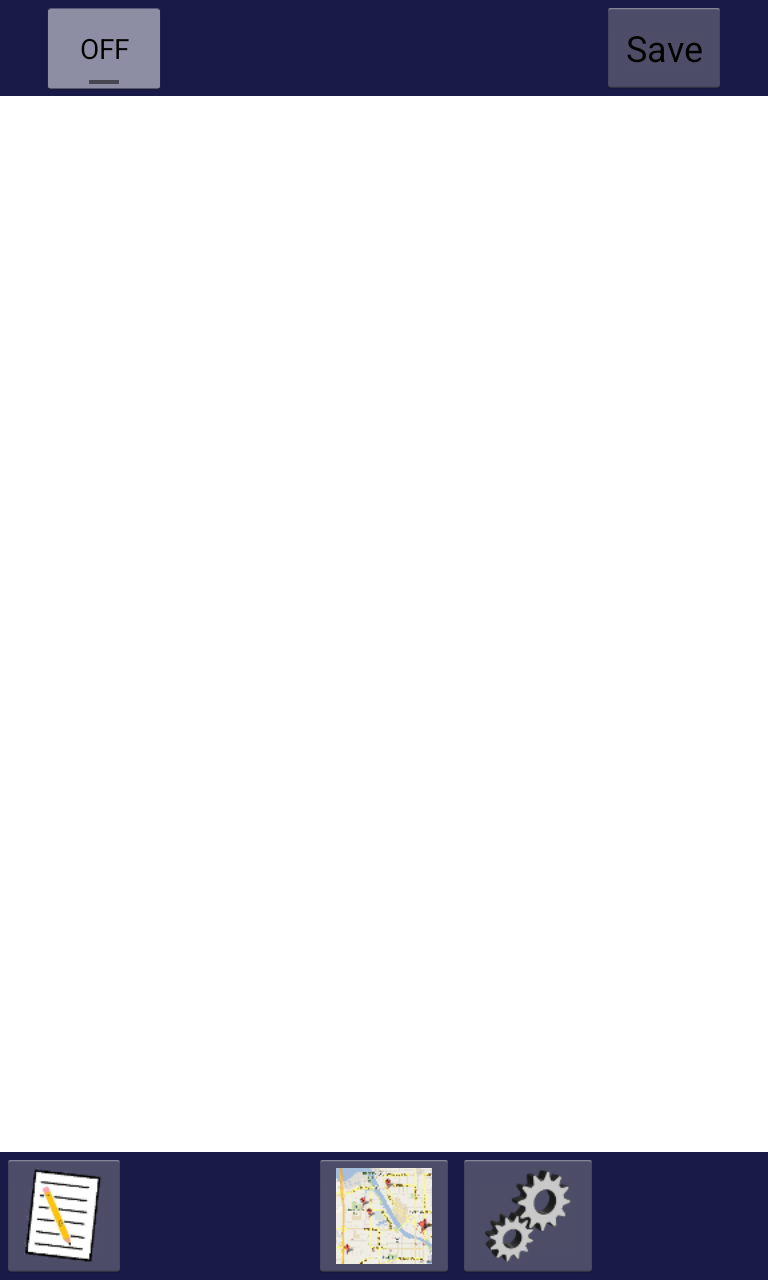
Repository: KarthikDulam/MobileAppDevelopment
Layout: MycontactList/res/layout/activity_contact.xml
An editor plug-in stored every save of this project. The layout is shown before and after the next save, followed by the edit.
It is drawn on a 768 x 1280 px phone screen (xhdpi) without system bars, with theme AppTheme; the app's code is not run.

Above is the layout before, as saved 2016-03-29 22:56:46.

After the next save:
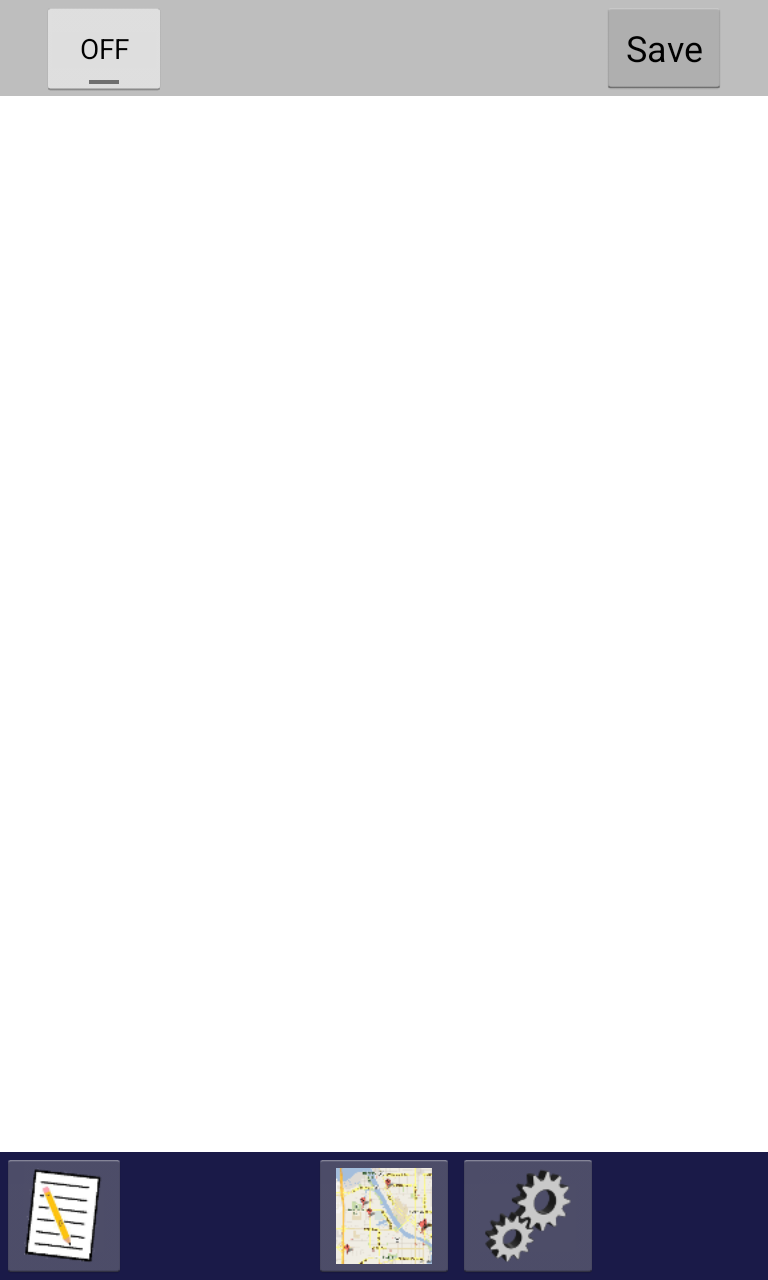
Saved 70 s later.
--- a/MycontactList/res/values/Color.xml
+++ b/MycontactList/res/values/Color.xml
@@ -1,7 +1,7 @@
 <?xml version="1.0" encoding="utf-8"?>
 <resources>
     <color name="navbar_background">#1a1a48</color>
-    <color name="toolbar_background">#1a1a48</color>
+    <color name="toolbar_background">#bebebe</color>
 
 
 </resources>
